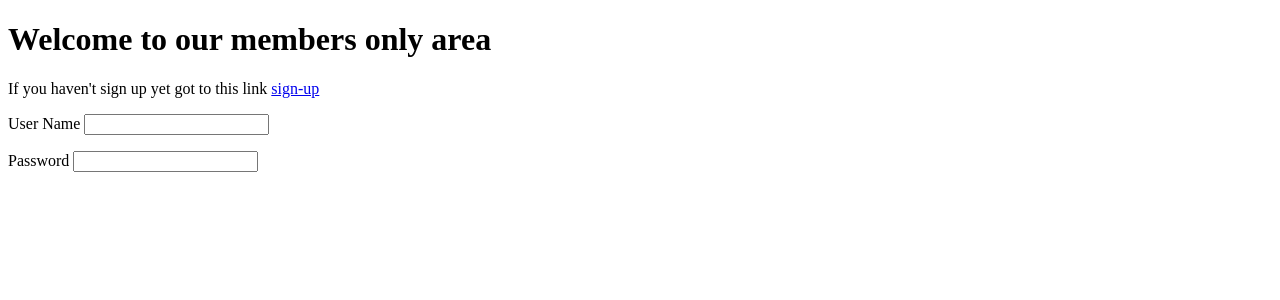
Repository: Nimblefire/CIT-360-Da-Ponte
Page: Servlets Example/WebContent/index.html
An editor plug-in stored every save of this project. The page is shown before and after the next save, followed by the edit.
The browser window is 1280 px wide. The pictures show the whole page.

Above is the page before, as saved 2019-02-06 18:11:56.

### Servlets Example/WebContent/index.html
<!DOCTYPE html>
<html>
<head>
<meta charset="ISO-8859-1">
<title>Home Page</title>
</head>
<body>
	<header>
		<h1>Welcome to our members only area</h1>
		<div class="sign-up-invite">If you haven't sign up yet got to this link <a href="signup-page.html">sign-up</a></div>
	</header>
	<form method="post" action="LoginServlet">
		<p>User Name <input type="text" id="user"></p>
		<p>Password <input type="password" id="password"></p>

	</form>
</body>
</html>

After the next save:
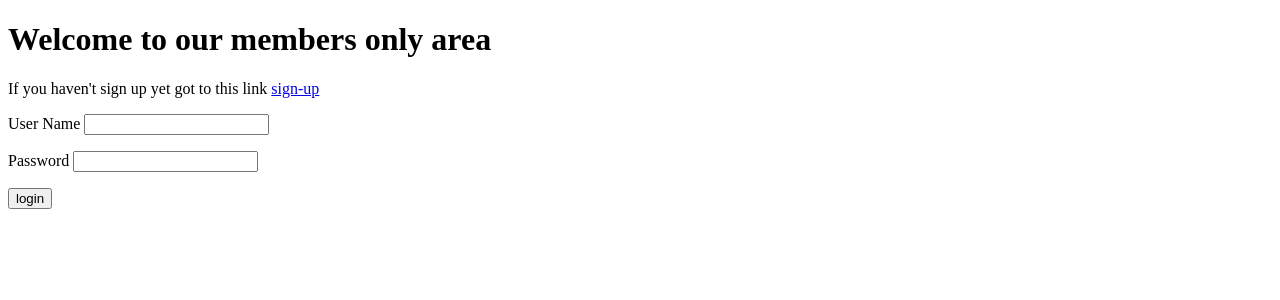
Saved 64 s later.
--- a/Servlets Example/WebContent/index.html
+++ b/Servlets Example/WebContent/index.html
@@ -12,6 +12,7 @@
 	<form method="post" action="LoginServlet">
 		<p>User Name <input type="text" id="user"></p>
 		<p>Password <input type="password" id="password"></p>
+		<input type="submit" value="login">
 
 	</form>
 </body>
